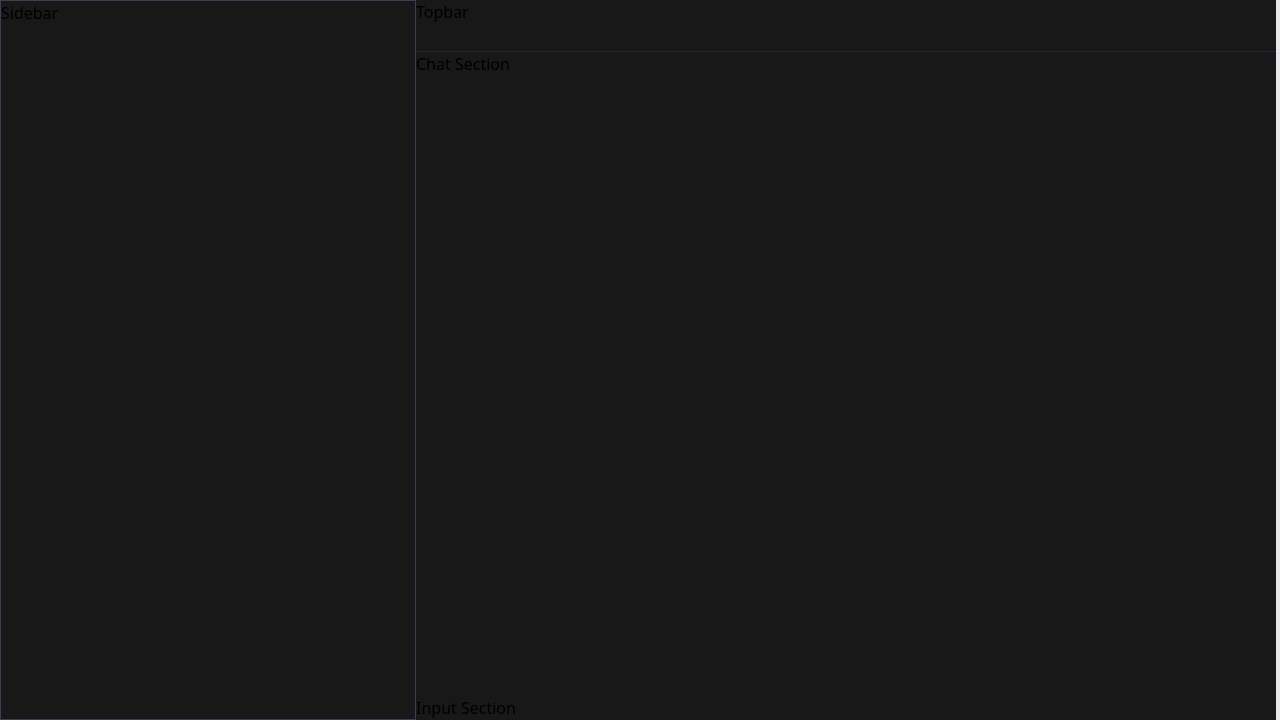
Repository: Qu4ntumGuy/telegram-clone
Page: /
An editor plug-in stored every save of this project. The page is shown before and after the next save, followed by the edit.
The browser window is 1280 px wide. The pictures show the whole page.
The project was rebuilt for these pictures with package versions that can differ from the ones it lists, and the page was loaded fresh each time. Also part of the build but not shown: src/Utils/ContextProvider.js.

Above is the page before, as saved 2024-07-15 11:07:28.

### src/index.css
@tailwind base;
@tailwind components;
@tailwind utilities;

:root {
  @apply bg-[#181818];
}

### src/App.js
import { Routes, BowserRouter, Route } from "react-router-dom";
import Sidebar from "./Components/Sidebar";
import Home from "./Pages/Home/Home";

function App() {
  return (
    <div className="flex max-w-[105rem] mx-auto">
      <Sidebar />

      <Home />
    </div>
  );
}

export default App;

### src/Components/Sidebar.js
import React from "react";
import { useComponentContext } from "../Utils/ContextProvider";

function Sidebar() {
  const context = useComponentContext();
  return (
    <div className="min-w-[26rem] border border-gray-700 h-screen">Sidebar</div>
  );
}

export default Sidebar;

### src/Pages/Home/Home.js
import React from "react";

function Home() {
  return (
    <div className="flex flex-col justify-center h-screen border-r-4 w-full">
      <div className="top-0 mb-auto h-14 border-b border-gray-800">Topbar</div>
      <div className="flex flex-col h-full">
        <div className="">Chat Section</div>
        <div className="bottom-0 mt-auto">Input Section</div>
      </div>
    </div>
  );
}

export default Home;

Loaded but not shown: public/index.html (common file); src/index.js (common file); src/reportWebVitals.js (common file); tailwind.config.js (common file)

After the next save:
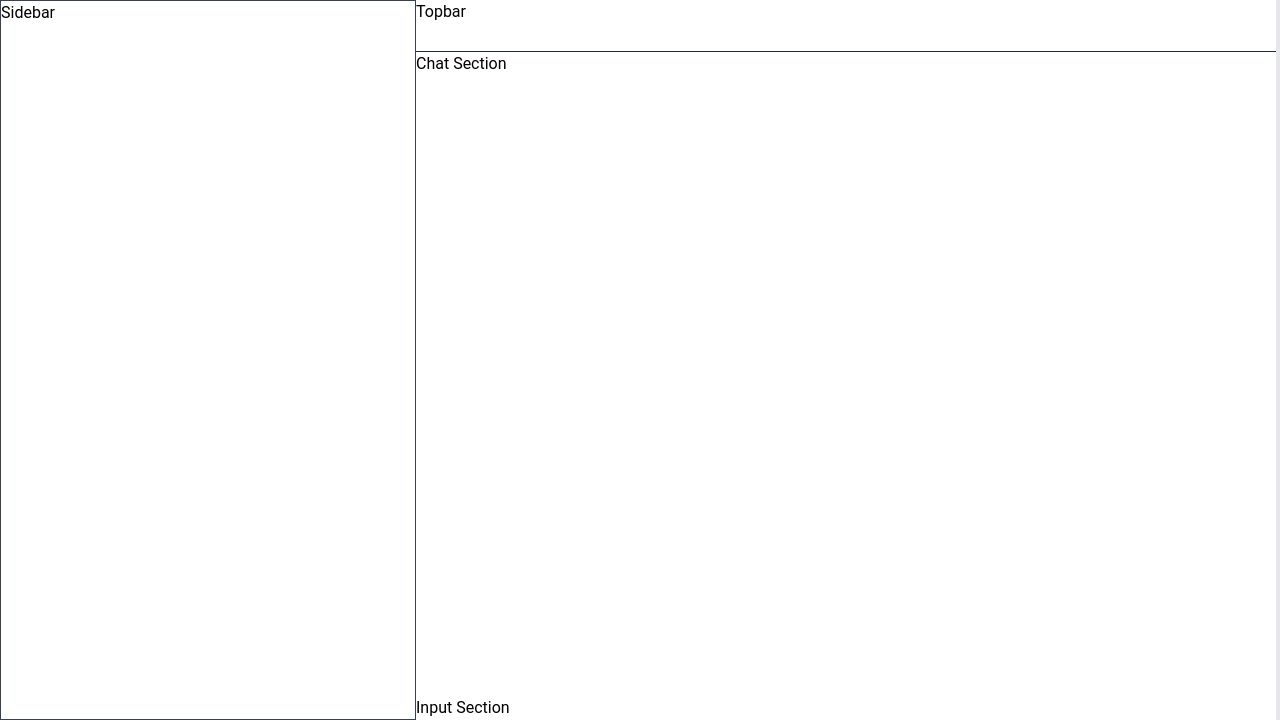
Saved 2 min 29 s later.
--- a/src/index.css
+++ b/src/index.css
@@ -3,5 +3,14 @@
 @tailwind utilities;
 
 :root {
+  font-family: "Roboto", sans-serif;
+  color-scheme: light;
+  .body {
+    @apply bg-[#181818];
+  }
+}
+
+/*
+:root {
   @apply bg-[#181818];
-}
+} */

After the save that followed:
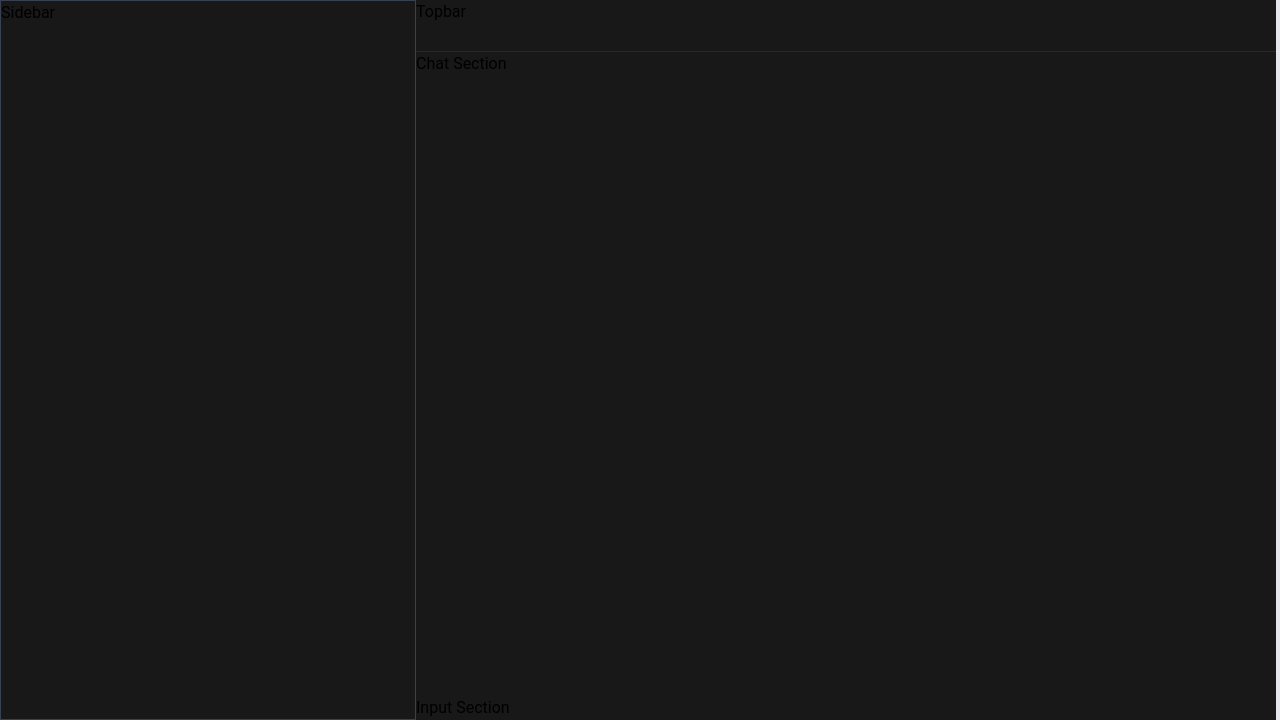
Saved 16 s later.
--- a/src/index.css
+++ b/src/index.css
@@ -10,7 +10,6 @@
   }
 }
 
-/*
 :root {
   @apply bg-[#181818];
-} */
+}
